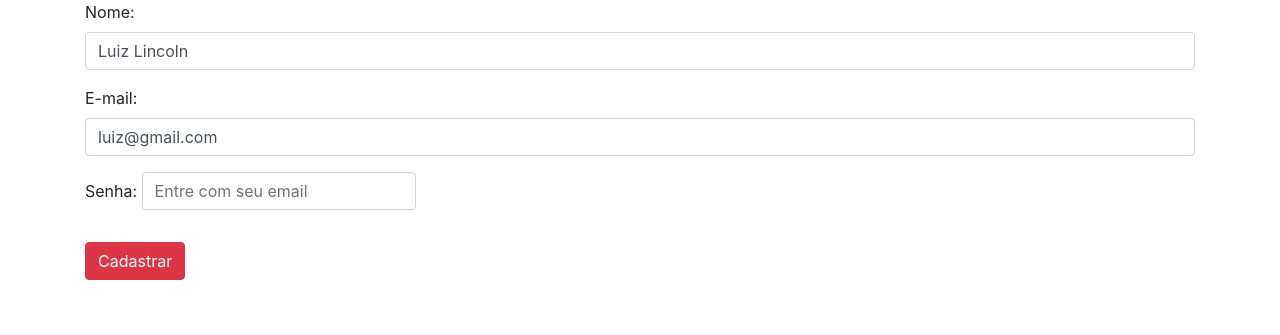
Repository: luizlav001/AT_Java_Web
Page: TP1_JavaWeb/WebContent/home.html
The author's editor kept a copy of each file at every save. The page is drawn from the files as they stood at one save, then again after the next save.
The browser window is 1280 px wide. The pictures show the whole page.

Above is the page before, as saved 2021-10-26 00:14:22.

### TP1_JavaWeb/WebContent/home.html
<!DOCTYPE html>
<html>
<head>
<meta charset="ISO-8859-1">
<title>TP1</title>
<link rel="stylesheet" href="https://maxcdn.bootstrapcdn.com/bootstrap/4.5.2/css/bootstrap.min.css">
</head>
<body>
	<div class="container">
		<form action="usuario" method="post">
			<div class="form-group">
				<label>Nome:</label>
				<input value="Luiz Lincoln" type="text" class="form-control" placeholder="Entre com seu nome" name="name">
			</div>

			<div class="form-group">
				<label>E-mail:</label>
				<input value="luiz@gmail.com" type="email"class="form-control" placeholder="Entre com seu email"name="email">
			</div>

			<div class="form-group">
				<label>Senha:</label>
				  <label class="form-group">
				   <input type="password" class="form-control" placeholder="Entre com seu email"  name="senha">
				  </label>
			</div>
				<button class="btn btn-danger" type="submit">Cadastrar</button>
		</form>
	</div>
</body>
</html>

After the next save:
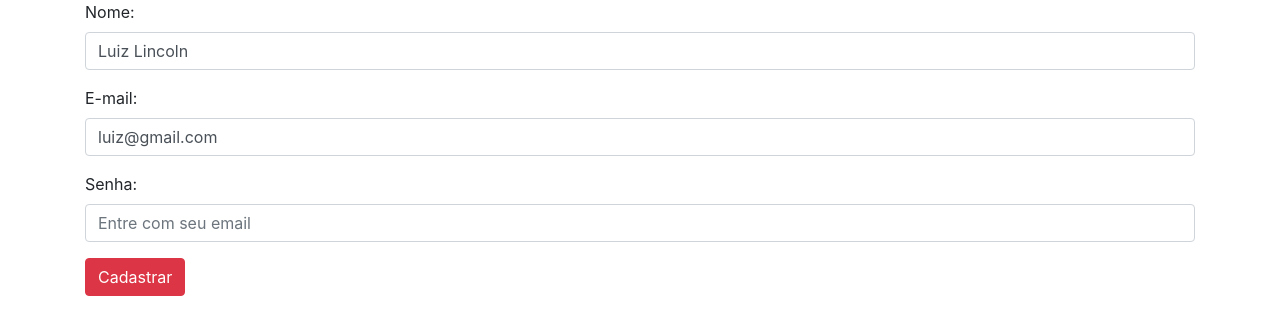
Saved 17 min 4 s later.
--- a/TP1_JavaWeb/WebContent/home.html
+++ b/TP1_JavaWeb/WebContent/home.html
@@ -20,9 +20,7 @@
 
 			<div class="form-group">
 				<label>Senha:</label>
-				  <label class="form-group">
-				   <input type="password" class="form-control" placeholder="Entre com seu email"  name="senha">
-				  </label>
+			   	<input type="password" class="form-control" placeholder="Entre com seu email"  name="senha">
 			</div>
 				<button class="btn btn-danger" type="submit">Cadastrar</button>
 		</form>
